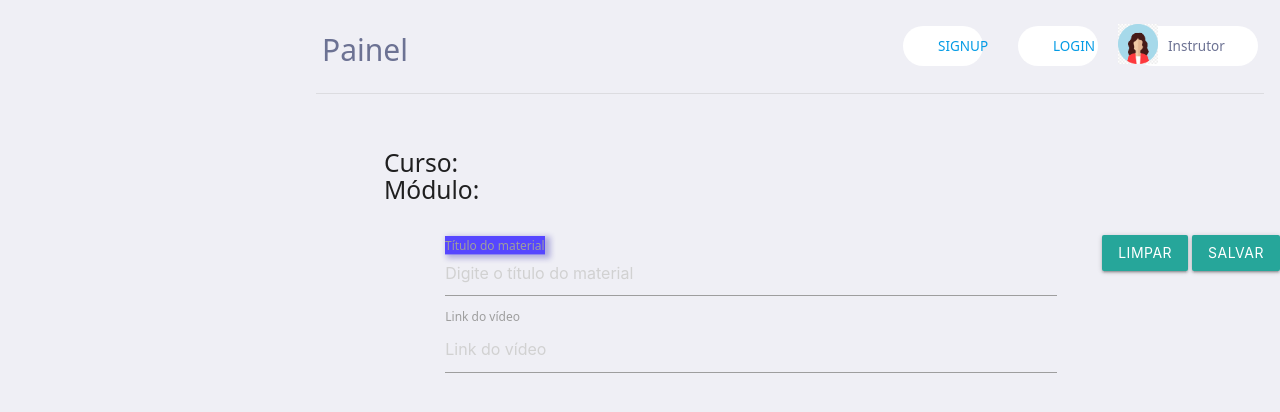
Repository: LauraMViana/Port-plus
Page: http://localhost/portPlus/criarCurso/addVideo
These files come from the project's save history. The page is drawn as it stood at one moment and after the next save; the edit follows.
The browser window is 1280 px wide. The pictures show the whole page.
The page is this project's Thymeleaf template; nobody is signed in. The template is opened directly, without the code that normally fills it, so the values that code supplies are empty.

Above is the page before, as saved 2021-12-25 14:58:05.

After the next save:
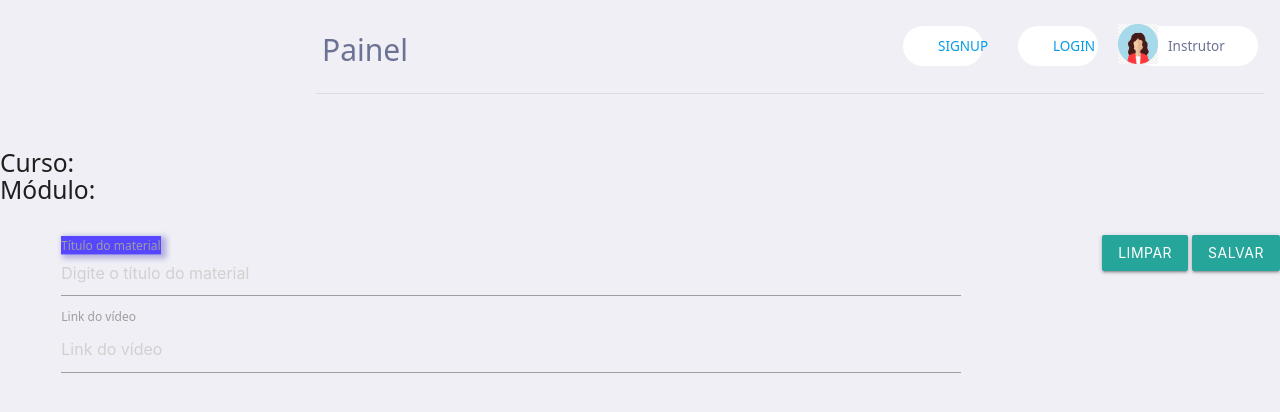
Saved 16 s later.
--- a/port/src/main/resources/templates/portPlus/criarCurso/addVideo.html
+++ b/port/src/main/resources/templates/portPlus/criarCurso/addVideo.html
@@ -13,7 +13,7 @@
 <body>
 	<div th:insert="~{menu :: menu}"></div>
 
-	<div class="container right addVideo">
+	<div class="main addVideo">
 		<h5>
 			Curso: <span th:text="${curso.titulo}"></span> <br>Módulo: <span
 				th:text="${modulo.tituloMod}"></span>
